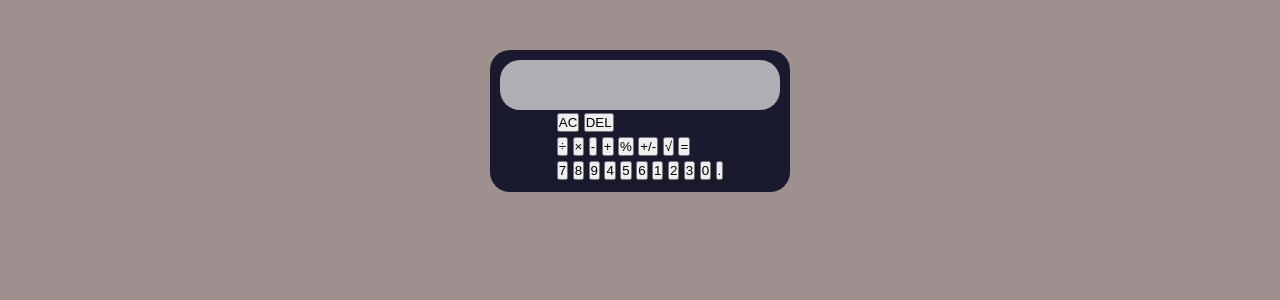
Repository: MikkyPrestige/js-calculator
Page: index.html
These files come from the project's save history. The page is drawn as it stood at one moment and after the next save; the edit follows.
The browser window is 1280 px wide. The pictures show the whole page.

Above is the page before, as saved 2023-05-08 01:02:57.

After the next save:
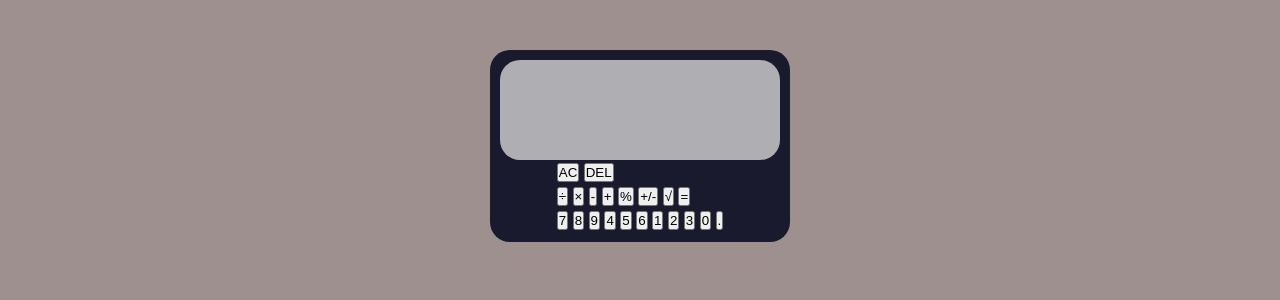
Saved 13 s later.
--- a/index.css
+++ b/index.css
@@ -46,7 +46,7 @@ main {
 .output {
   background: #AFAFB3;
   width: 100%;
-  height: 5rem;
+  height: 10rem;
   border-radius: 2rem;
   -webkit-border-radius: 2rem;
   -moz-border-radius: 2rem;
